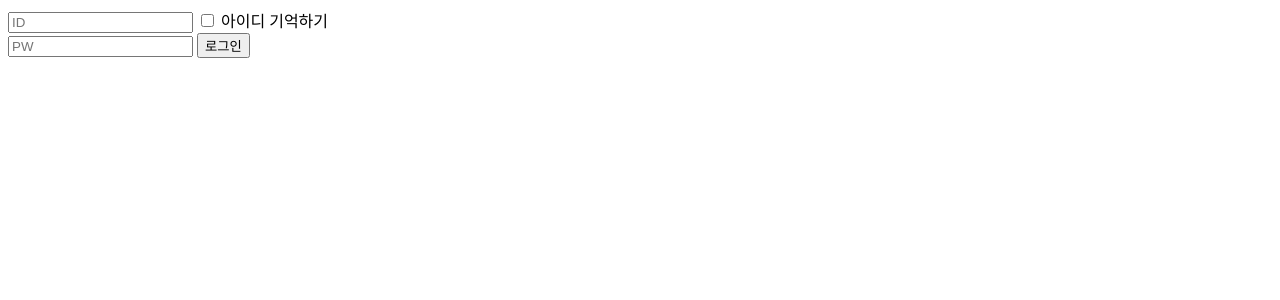
Repository: hanbeen03/javabasic
Page: http://localhost/JSPBasic/03-cookie/cookie_login.jsp
These files come from the project's save history. The page is drawn as it stood at one moment and after the next save; the edit follows.
The browser window is 1280 px wide. The pictures show the whole page.
The page is served by Tomcat 9.

Above is the page before, as saved 2021-08-02 05:26:18.

### JSPBasic/WebContent/03-cookie/cookie_login.jsp
<%@ page language="java" contentType="text/html; charset=UTF-8"
    pageEncoding="UTF-8"%>


<%

%>
<!DOCTYPE html>
<html>
<head>
<meta charset="UTF-8">
<title>Insert title here</title>
</head>
<body>

	<!-- 로그인 폼에는 checkbox를 이용해 자동로그인 여부까지 체크합니다. -->
	<form action="cookie_login_ok.jsp" method="post">
		<input type="text" name="id" placeholder="ID" />
		<input type="checkbox" name="id_check" value="yes" />
		아이디 기억하기<br/>
		<input type="password" name="pw" placeholder="PW" />
		<input type="submit" value="로그인" />
	</form>

</body>
</html>

After the next save:
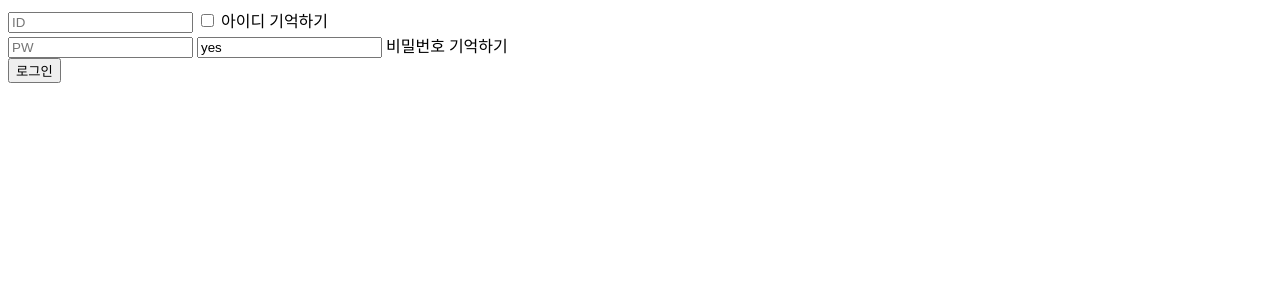
Saved 3 min 18 s later.
--- a/JSPBasic/WebContent/03-cookie/cookie_login.jsp
+++ b/JSPBasic/WebContent/03-cookie/cookie_login.jsp
@@ -19,6 +19,8 @@
 		<input type="checkbox" name="id_check" value="yes" />
 		아이디 기억하기<br/>
 		<input type="password" name="pw" placeholder="PW" />
+		<input tpye="checkbox" name="pw_check" value="yes" />
+		비밀번호 기억하기<br/>
 		<input type="submit" value="로그인" />
 	</form>
 
